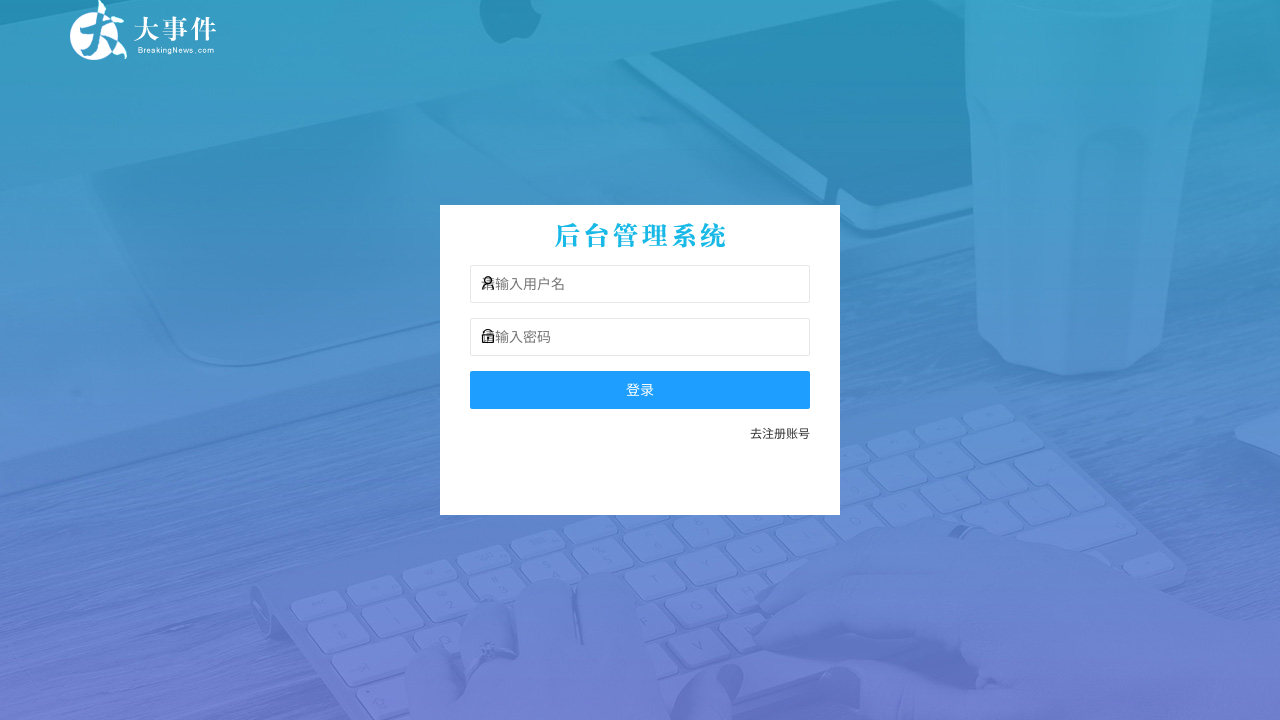
Repository: 1zhoukexin/web_aad
Page: login.html
The author's editor kept a copy of each file at every save. The page is drawn from the files as they stood at one save, then again after the next save.
The browser window is 1280 px wide. The pictures show the whole page.

Above is the page before, as saved 2021-04-16 13:48:38.

After the next save:
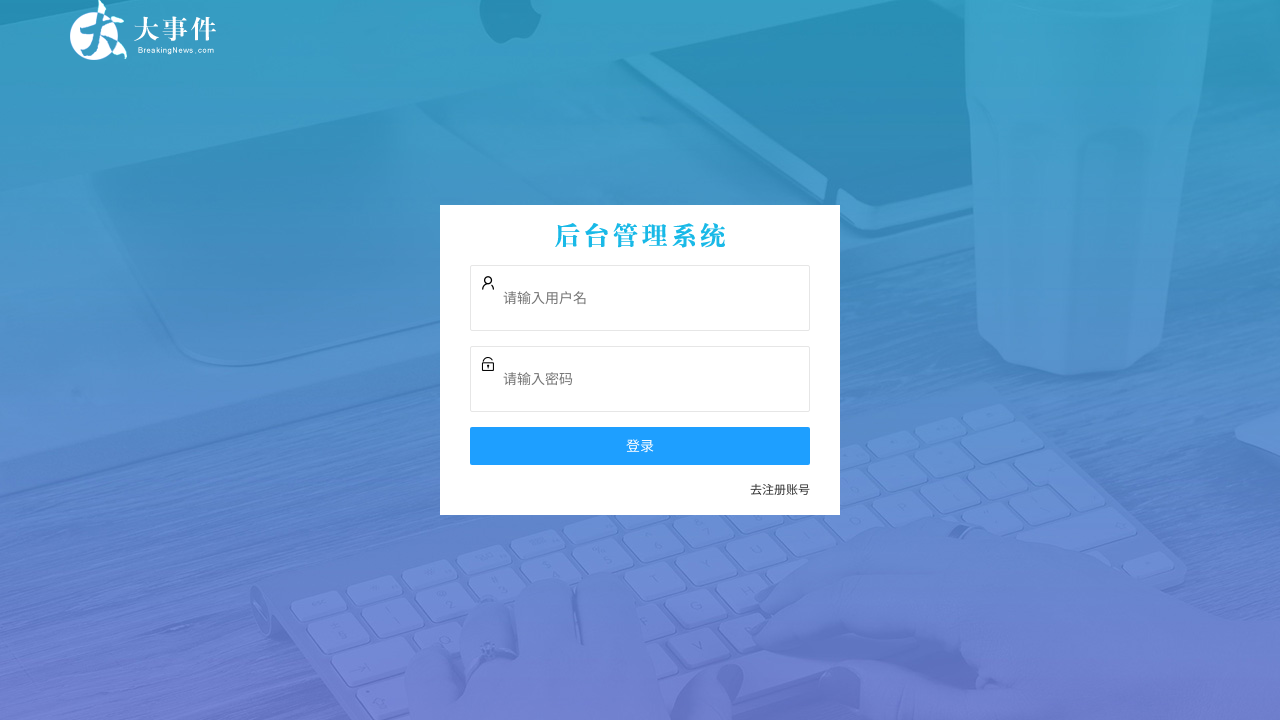
Saved 30 s later.
--- a/assets/css/login.css
+++ b/assets/css/login.css
@@ -49,3 +49,7 @@ body {
     top: 10px;
     left: 10px;
 }
+
+.layui-input {
+    padding: 32px;
+}
